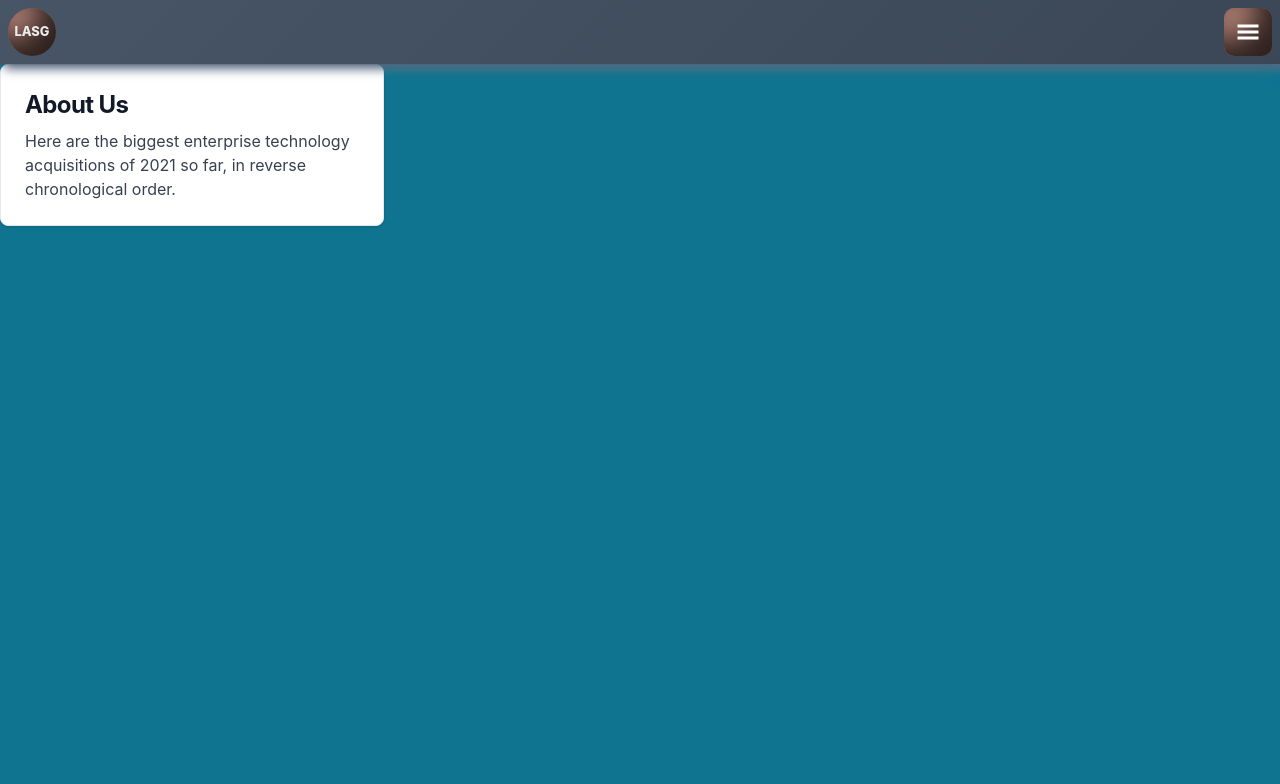
Repository: ShindanoSingi/LA-Swahili-Group
Page: /about (app in client/)
The author's editor kept a copy of each file at every save. The page is drawn from the files as they stood at one save, then again after the next save.
The browser window is 1280 px wide. The pictures show the whole page.
The project was rebuilt for these pictures with package versions that can differ from the ones it lists, and the page was loaded fresh each time. Also part of the build but not shown: client/src/pages/error/Error.css, client/src/pages/error/Error.js, client/src/pages/home/Home.js, client/src/pages/contact/Contact.js, client/src/pages/login/Login.js.

Above is the page before, as saved 2024-02-07 23:01:57.

After the next save:
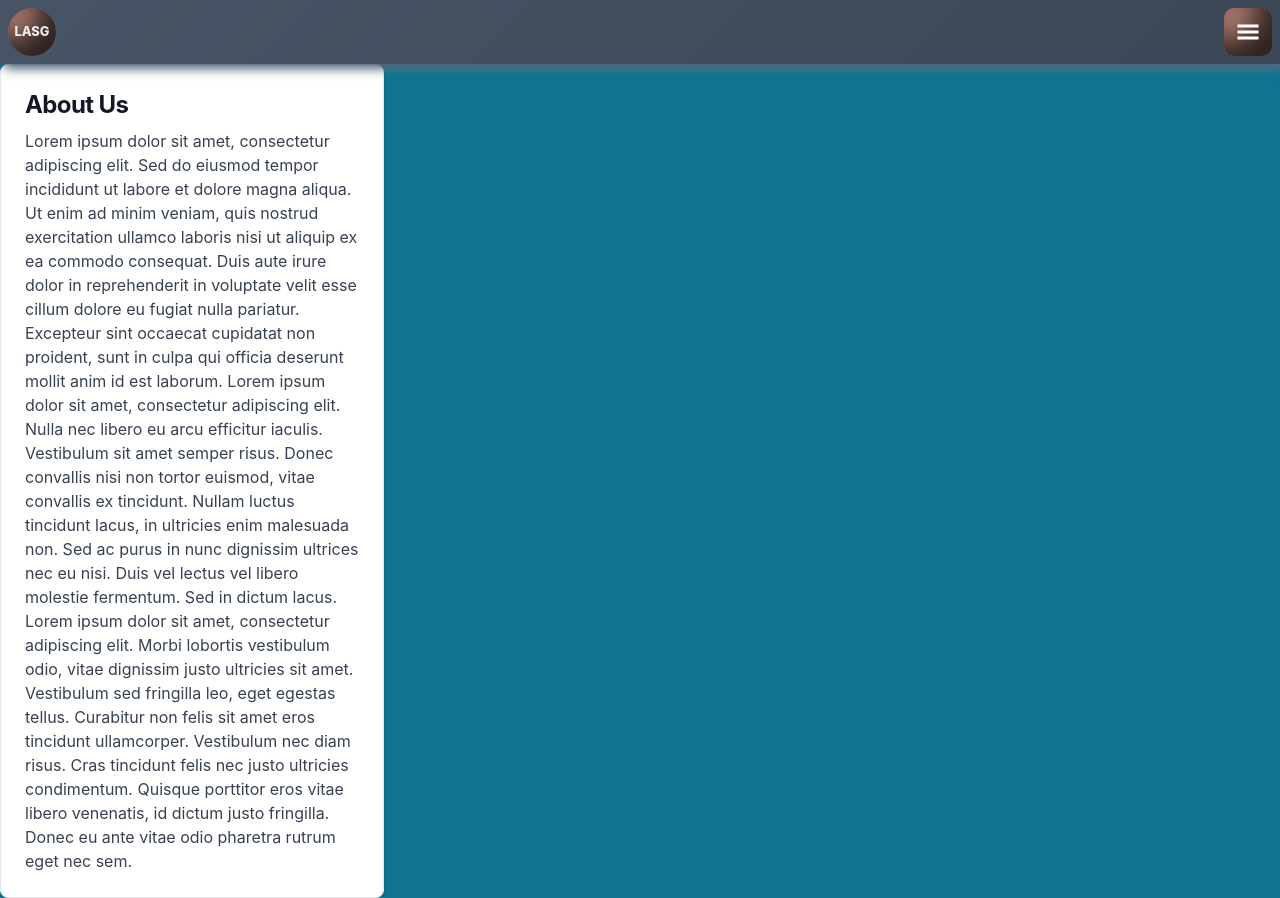
Saved 18 s later.
--- a/client/src/pages/about/About.js
+++ b/client/src/pages/about/About.js
@@ -7,7 +7,11 @@ function About() {
 <div className="block max-w-sm p-6 bg-white border border-gray-200 rounded-lg shadow hover:bg-gray-100 dark:bg-gray-800 dark:border-gray-700 dark:hover:bg-gray-700">
 
 <h5 className="mb-2 text-2xl font-bold tracking-tight text-gray-900 dark:text-white">About Us</h5>
-<p className="font-normal text-gray-700 dark:text-gray-400">Here are the biggest enterprise technology acquisitions of 2021 so far, in reverse chronological order.</p>
+<p className="font-normal text-gray-700 dark:text-gray-400">Lorem ipsum dolor sit amet, consectetur adipiscing elit. Sed do eiusmod tempor incididunt ut labore et dolore magna aliqua. Ut enim ad minim veniam, quis nostrud exercitation ullamco laboris nisi ut aliquip ex ea commodo consequat. Duis aute irure dolor in reprehenderit in voluptate velit esse cillum dolore eu fugiat nulla pariatur. Excepteur sint occaecat cupidatat non proident, sunt in culpa qui officia deserunt mollit anim id est laborum.
+
+Lorem ipsum dolor sit amet, consectetur adipiscing elit. Nulla nec libero eu arcu efficitur iaculis. Vestibulum sit amet semper risus. Donec convallis nisi non tortor euismod, vitae convallis ex tincidunt. Nullam luctus tincidunt lacus, in ultricies enim malesuada non. Sed ac purus in nunc dignissim ultrices nec eu nisi. Duis vel lectus vel libero molestie fermentum. Sed in dictum lacus.
+
+Lorem ipsum dolor sit amet, consectetur adipiscing elit. Morbi lobortis vestibulum odio, vitae dignissim justo ultricies sit amet. Vestibulum sed fringilla leo, eget egestas tellus. Curabitur non felis sit amet eros tincidunt ullamcorper. Vestibulum nec diam risus. Cras tincidunt felis nec justo ultricies condimentum. Quisque porttitor eros vitae libero venenatis, id dictum justo fringilla. Donec eu ante vitae odio pharetra rutrum eget nec sem.</p>
 </div>
 
     </div>
